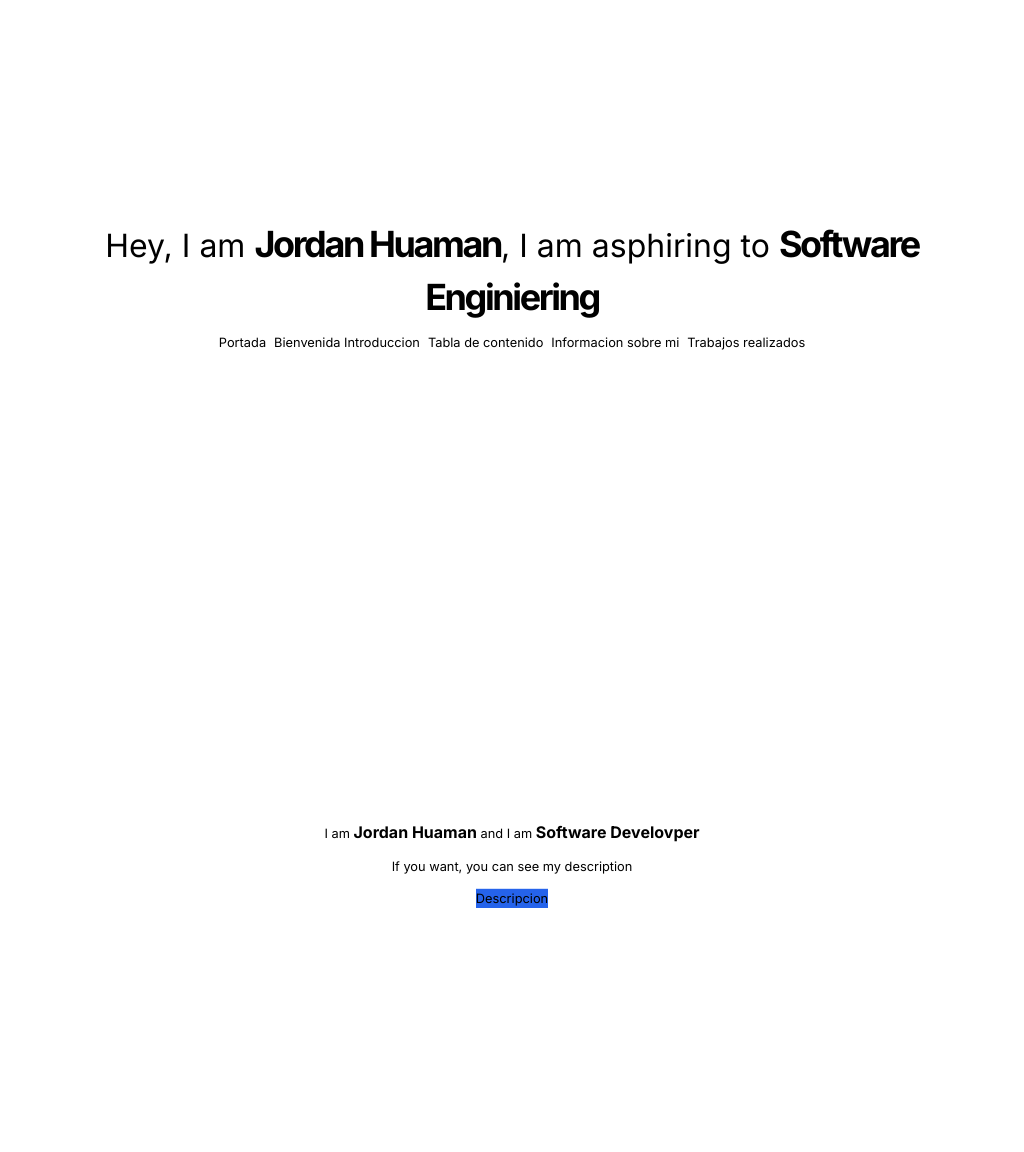
Repository: devsecops-node/portafolio-nextj-pages
Page: /
These files come from the project's save history. The page is drawn as it stood at one moment and after a run of saves; the edit follows.
The browser window is 1280 px wide. The pictures show the whole page, at 80% of full size.
The project was rebuilt for these pictures with package versions that can differ from the ones it lists, and the page was loaded fresh each time. The framework's server and built-in components were replaced by stand-ins that run in the browser. Also part of the build but not shown: next.config.js, src/styles/transitionPage.module.css.

Above is the page before, as saved 2024-01-15 04:00:49.

After the next 3 saves:
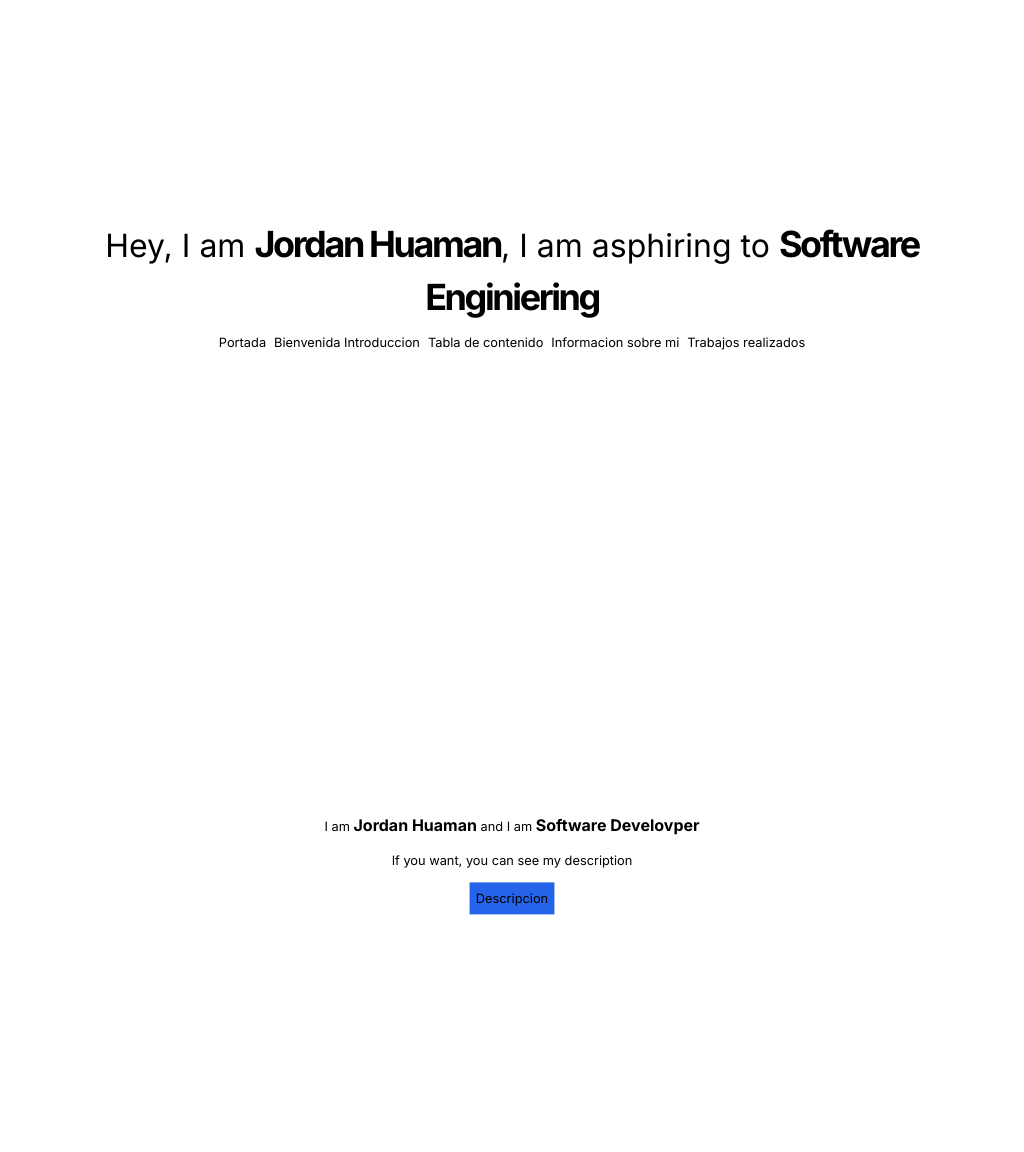
The 3 saves are shown as one change because they came seconds apart.
The last was saved 13 s later.
--- a/src/components/Portada.jsx
+++ b/src/components/Portada.jsx
@@ -6,7 +6,7 @@ const Portada = () => {
       <section className='flex justify-center flex-col items-center gap-4'>
         <p>I am <span className='text-[20px] font-bold'>Jordan Huaman</span> and I am <span className='text-[20px] font-bold'>Software Develovper</span></p>
         <p>If you want, you can see my description</p>
-        <button className='bg-blue-600'>Descripcion</button>
+        <button className='bg-blue-600 p-2'>Descripcion</button>
       </section>
     </div>
   )
